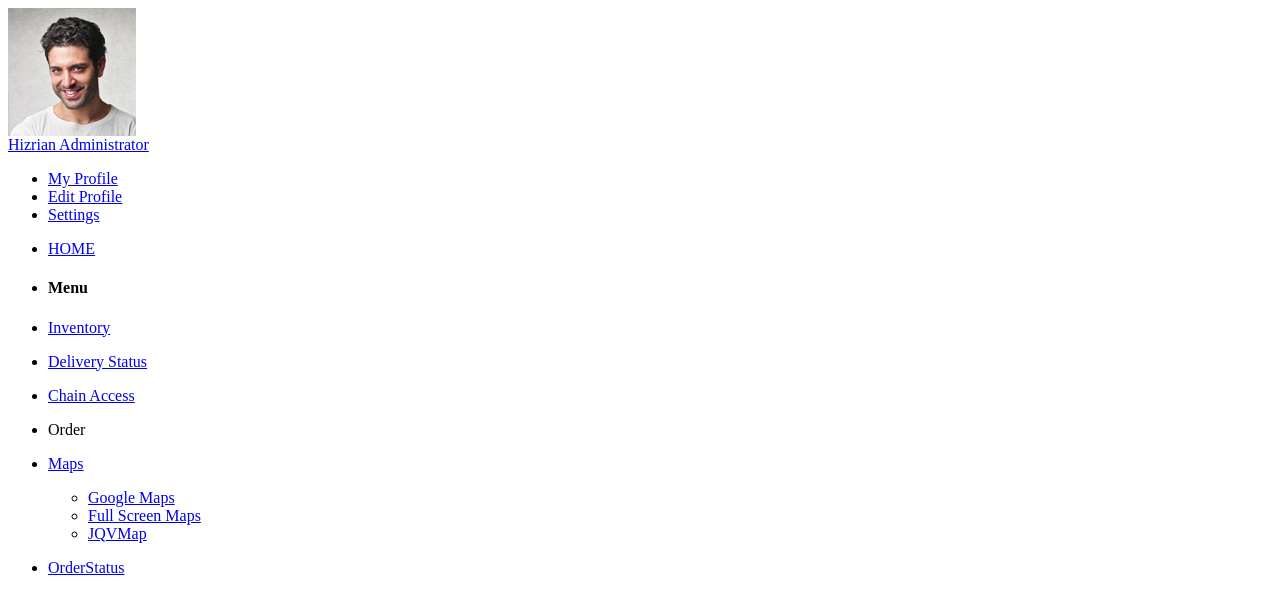
Repository: wkdanlwo091/iot_final
Page: http://localhost/top/view/main/sidebar.jsp
An editor plug-in stored every save of this project. The page is shown before and after the next save, followed by the edit.
The browser window is 1280 px wide. The pictures show the whole page.
The page is served by Tomcat 9. Other server files are loaded and not shown.

Above is the page before, as saved 2020-04-25 06:28:41.

### jmj4.zip_expanded/top/web/view/main/sidebar.jsp
<!-- Sidebar START -->
<div class="sidebar">

	<div class="sidebar-background"></div>
	<div class="sidebar-wrapper scrollbar-inner">
		<div class="sidebar-content">
			<div class="user">
				<div class="avatar-sm float-left mr-2">
					<img src="assets/img/profile.jpg" alt="..."
						class="avatar-img rounded-circle">
				</div>
				<div class="info">
					<a data-toggle="collapse" href="#collapseExample"
						aria-expanded="true"> <span> Hizrian <span
							class="user-level">Administrator</span> <span class="caret"></span>
					</span>
					</a>
					<div class="clearfix"></div>

					<div class="collapse in" id="collapseExample">
						<ul class="nav">
							<li><a href="#profile"> <span class="link-collapse">My
										Profile</span>
							</a></li>
							<li><a href="#edit"> <span class="link-collapse">Edit
										Profile</span>
							</a></li>
							<li><a href="#settings"> <span class="link-collapse">Settings</span>
							</a></li>
						</ul>
					</div>
				</div>
			</div>


			<!-- MENU START HERE -->
			<ul class="nav">

				<!-- HOME -->
				<li class="nav-item active"><a href="index.html"> <i
						class="fas fa-home"></i>
						<p>HOME</p> <!-- <span class="badge badge-count">5</span> -->
				</a></li>

				<!-- Menu -->
				<li class="nav-section"><span class="sidebar-mini-icon">
						<i class="fa fa-ellipsis-h"></i>
				</span>
					<h4 class="text-section">Menu</h4></li>

				<!-- Inventory Management -->
				<li class="nav-item"><a data-toggle="collapse" href="#base">
						<i class="fas fa-layer-group"></i>
						<p>Inventory</p>
				</a></li>


				<!-- Delivery Status -->
				<li class="nav-item"><a data-toggle="collapse" href="#forms">
						<i class="fas fa-pen-square"></i>
						<p>Delivery Status</p>
				</a></li>

				<!-- Chain Access Management -->
				<li class="nav-item"><a data-toggle="collapse" href="#tables">
						<i class="fas fa-table"></i>
						<p>Chain Access</p>
				</a></li>

				<li class="nav-item"><a data-toggle="collapse" onclick = "popup()">
						<i class="far fa-chart-bar"></i>
						<p>Order</p>
				</a></li>
				<!-- A/S Center -->
				<li class="nav-item"><a data-toggle="collapse" href="#maps">
								<i class="fas fa-map-marker-alt"></i>
								<p>Maps</p>
								<span class="caret"></span>
							</a>
							<div class="collapse" id="maps">
								<ul class="nav nav-collapse">
									<li>
										<a href="maps/googlemaps.html">
											<span class="sub-item">Google Maps</span>
										</a>
									</li>
									<li>
										<a href="maps/fullscreenmaps.html">
											<span class="sub-item">Full Screen Maps</span>
										</a>
									</li>
									<li>
										<a href="maps/jqvmap.html">
											<span class="sub-item">JQVMap</span>
										</a>
									</li>
								</ul>
					</div>
				</li>
				<li class="nav-item"><a href="orderStatus.top"> <i
						class="fas fa-desktop"></i>
						<p>OrderStatus</p>
				</a></li>
			</ul>
		</div>
	</div>
</div>
<!-- Sidebar END -->

After the next save:
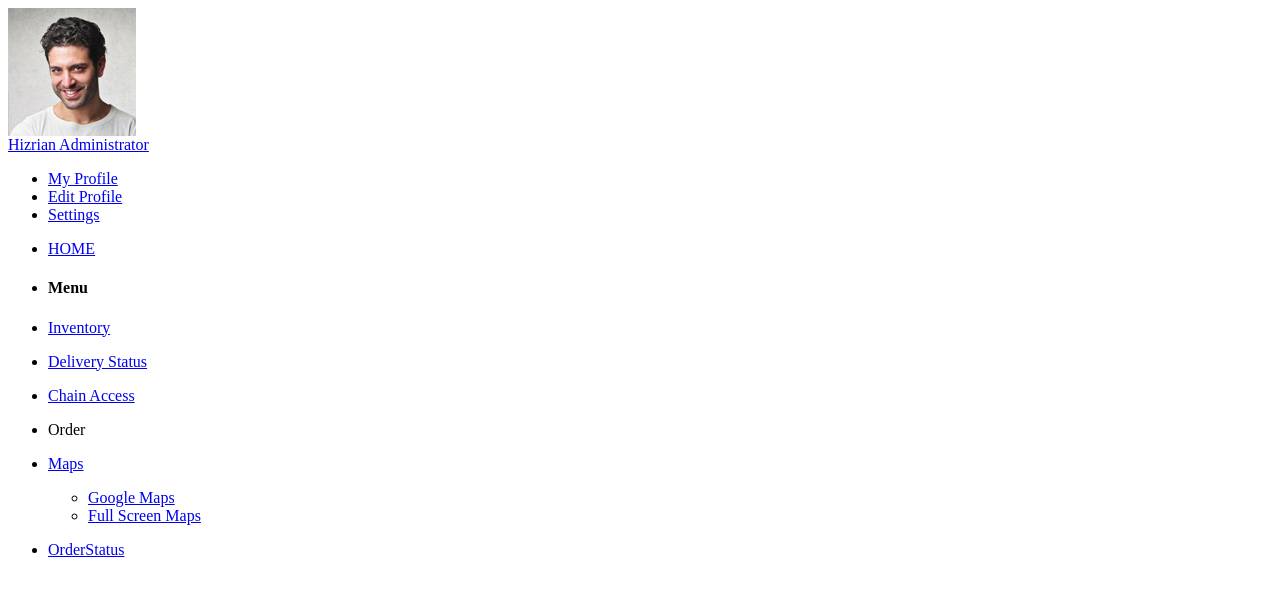
Saved 12 s later.
--- a/jmj4.zip_expanded/top/web/view/main/sidebar.jsp
+++ b/jmj4.zip_expanded/top/web/view/main/sidebar.jsp
@@ -89,11 +89,6 @@
 											<span class="sub-item">Full Screen Maps</span>
 										</a>
 									</li>
-									<li>
-										<a href="maps/jqvmap.html">
-											<span class="sub-item">JQVMap</span>
-										</a>
-									</li>
 								</ul>
 					</div>
 				</li>
